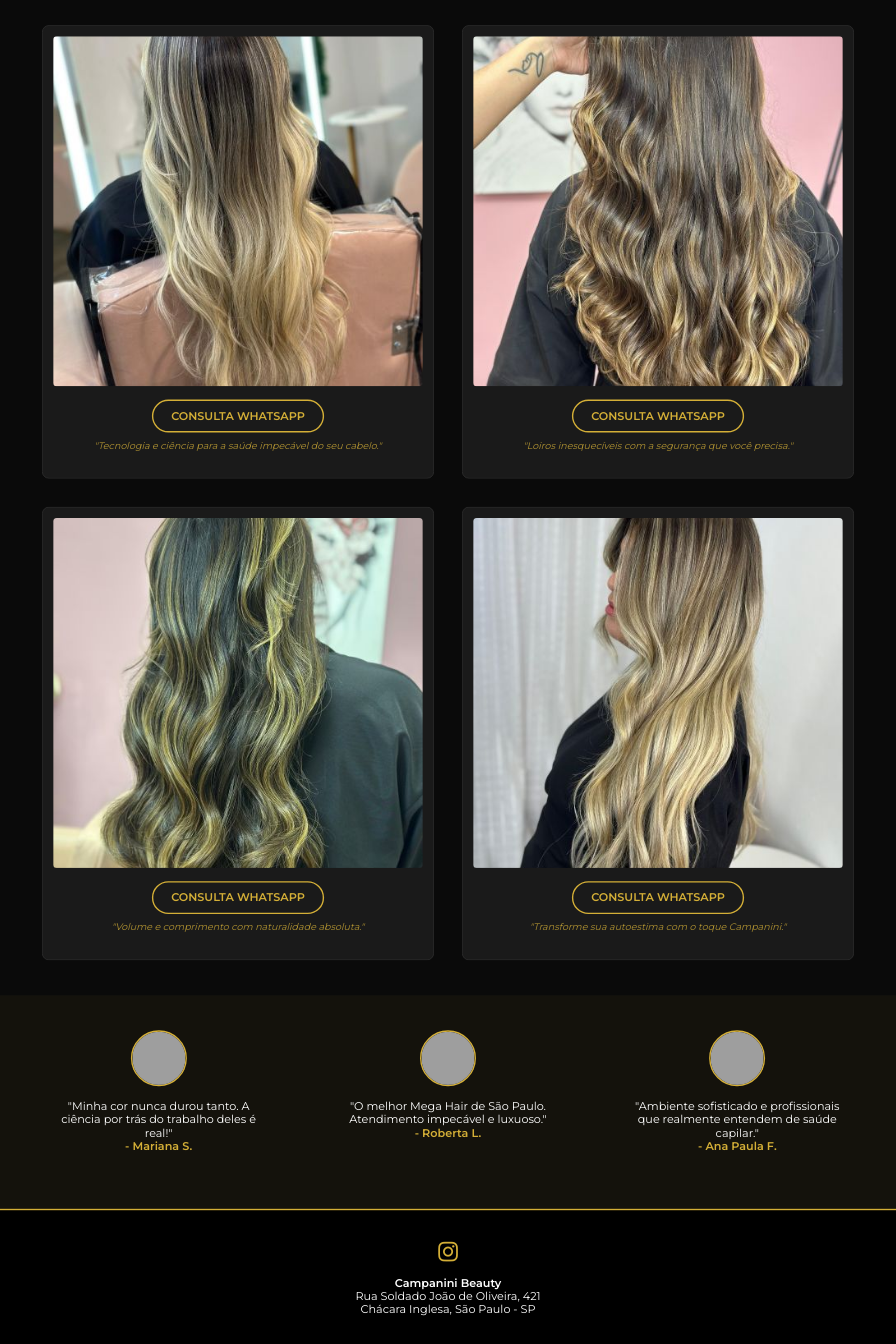
Repository: Sandro1969-tech/campanini-beauty
Page: index.html
The author's editor kept a copy of each file at every save. The page is drawn from the files as they stood at one save, then again after the next save.
The browser window is 1280 px wide. The pictures show the part of the page from y = 1377 to 3297 px (the page is 3297 px tall), at 70% of full size.
Pictures or frames that could not be fetched are drawn as grey boxes.

Above is the page before, as saved 2026-02-17 20:34:48.

### index.html
<!DOCTYPE html>
<html lang="pt-br">
<head>
    <meta charset="UTF-8">
    <meta name="viewport" content="width=device-width, initial-scale=1.0">
    <title>Campanini Beauty | Sofisticação e Ciência</title>
    <link rel="shortcut icon" href="assets/image/favicon.png" type="image/x-icon">
    <link href="https://fonts.googleapis.com/css2?family=Cinzel:wght@400;700&family=Montserrat:wght@300;400;600&display=swap" rel="stylesheet">
    <link rel="stylesheet" href="https://cdnjs.cloudflare.com/ajax/libs/font-awesome/6.0.0/css/all.min.css">

    <style>
        :root {
            --gold: #D4AF37;
            --gold-light: #F9E498;
            --black: #0a0a0a;
            --dark-gray: #1a1a1a;
            --white: #ffffff;
            --transition: all 0.3s ease;
        }

        /* Modo Escuro/Claro */
        body.light-mode {
            --black: #f4f4f4;
            --dark-gray: #ffffff;
            --white: #1a1a1a;
        }

        * { margin: 0; padding: 0; box-sizing: border-box; }

        body {
            background-color: var(--black);
            color: var(--white);
            font-family: 'Montserrat', sans-serif;
            transition: var(--transition);
            overflow-x: hidden;
        }

        /* Botão Dark Mode */
        .theme-toggle {
            position: fixed;
            top: 20px;
            right: 20px;
            z-index: 1000;
            background: var(--gold);
            border: none;
            padding: 10px;
            border-radius: 50%;
            cursor: pointer;
            color: var(--black);
            font-size: 1.2rem;
        }

        /* Título Pulsante */
        @keyframes pulse {
            0% { transform: scale(1); text-shadow: 0 0 0px var(--gold); }
            50% { transform: scale(1.05); text-shadow: 0 0 20px var(--gold); }
            100% { transform: scale(1); text-shadow: 0 0 0px var(--gold); }
        }

        .pulsing-title {
            font-family: 'Cinzel', serif;
            color: var(--gold);
            animation: pulse 3s infinite ease-in-out;
            text-align: center;
            font-size: 2.5rem;
            margin-bottom: 10px;
        }

        header {
            padding: 40px 20px;
            text-align: center;
            background: linear-gradient(rgba(0,0,0,0.7), rgba(0,0,0,0.7)), url('sua-foto-topo.jpg'); /* Adicione sua imagem aqui */
            background-size: cover;
            background-position: center;
            min-height: 80vh;
            display: flex;
            flex-direction: column;
            justify-content: center;
            align-items: center;
        }

        .logo { width: 200px; margin-bottom: 20px; }

        .subtitle {
            font-style: italic;
            letter-spacing: 2px;
            margin-bottom: 30px;
        }

        /* Grid de Imagens */
        .gallery-container {
            max-width: 1200px;
            margin: 50px auto;
            padding: 0 20px;
        }

        .services-grid {
            display: grid;
            grid-template-columns: repeat(2, 1fr);
            gap: 40px;
        }

        .service-card {
            text-align: center;
            background: var(--dark-gray);
            padding: 15px;
            border: 1px solid #333;
            border-radius: 10px;
            transition: var(--transition);
        }

        .service-card:hover { border-color: var(--gold); }

        .service-card img {
            width: 100%;
            height: 500px; /* Mantém a proporção comprida */
            object-fit: cover; /* Garante que a foto preencha sem distorcer */
            border-radius: 5px;
            margin-bottom: 15px;
        }

        /* Botão WhatsApp com Movimento */
        .btn-whatsapp {
            background-color: transparent;
            color: var(--gold);
            border: 2px solid var(--gold);
            padding: 12px 25px;
            border-radius: 50px;
            cursor: pointer;
            font-weight: 600;
            text-transform: uppercase;
            transition: all 0.4s cubic-bezier(0.175, 0.885, 0.32, 1.275);
            display: inline-block;
            text-decoration: none;
            margin-bottom: 10px;
        }

        .btn-whatsapp:hover {
            background-color: var(--gold);
            color: var(--black);
            transform: translateY(-5px) scale(1.1);
        }

        .compliment-trigger {
            font-size: 0.85rem;
            color: var(--gold);
            opacity: 0.8;
            font-style: italic;
            min-height: 40px;
        }

        /* Seção de Experiência */
        .experience-bar {
            background: var(--gold);
            color: var(--black);
            padding: 20px;
            text-align: center;
            font-weight: bold;
            margin: 40px 0;
        }

        /* Depoimentos */
        .testimonials {
            display: flex;
            justify-content: space-around;
            flex-wrap: wrap;
            padding: 50px 20px;
            background: rgba(212, 175, 55, 0.05);
        }

        .testimonial-card {
            width: 300px;
            text-align: center;
            margin-bottom: 30px;
        }

        .testimonial-card img {
            width: 80px;
            height: 80px;
            border-radius: 50%;
            border: 2px solid var(--gold);
            margin-bottom: 15px;
        }

        /* WhatsApp Flutuante */
        .whatsapp-float {
            position: fixed;
            bottom: 30px;
            left: 30px;
            background: #25d366;
            color: white;
            width: 60px;
            height: 60px;
            border-radius: 50%;
            display: flex;
            align-items: center;
            justify-content: center;
            font-size: 30px;
            z-index: 999;
            box-shadow: 2px 2px 10px rgba(0,0,0,0.5);
            transition: transform 0.8s ease;
        }

        .whatsapp-float.rotate { transform: rotate(360deg); }

        footer {
            background: #000;
            padding: 40px 20px;
            text-align: center;
            border-top: 2px solid var(--gold);
        }

        .social-link {
            font-size: 2rem;
            color: var(--gold);
            margin-bottom: 15px;
            display: block;
        }

        @media (max-width: 768px) {
            .services-grid { grid-template-columns: 1fr; }
            .pulsing-title { font-size: 1.8rem; }
        }
    </style>
</head>
<body>

    <button class="theme-toggle" onclick="toggleTheme()">
        <i id="theme-icon" class="fas fa-moon"></i>
    </button>

    <header>
        <img src="assets/image/Logo escrito 'Campan.png" alt="Campanini Beauty Logo" class="logo">
        <h1 class="pulsing-title">Campanini Beauty</h1>
        <p class="subtitle">Cabelos que unem sofisticação, beleza e ciência</p>
    </header>

    <div class="experience-bar">
        MECHAS • MEGA HAIR • ESCOVAS • TRATAMENTOS • COLORACÃO • TONALIZACÃO • CORTE • ALISAMENTOS • BOTOX CAPILAR
    </div>

    <main class="gallery-container">
        <div class="services-grid">
            <div class="service-card">
                <img src="assets/image/imagem1.jpg" alt="Serviço Campanini">
                <a href="https://wa.me/SEUNUMERO" class="btn-whatsapp">Consulta WhatsApp</a>
                <p class="compliment-trigger">"O brilho que seu rosto merece, refletido em cada fio."</p>
            </div>
            <div class="service-card">
                <img src="assets/image/imagem2.jpg" alt="Serviço Campanini">
                <a href="https://wa.me/SEUNUMERO" class="btn-whatsapp">Consulta WhatsApp</a>
                <p class="compliment-trigger">"A elegância de um corte que transborda confiança."</p>
            </div>
            <div class="service-card">
                <img src="assets/image/imagem3.jpg" alt="Serviço Campanini">
                <a href="https://wa.me/SEUNUMERO" class="btn-whatsapp">Consulta WhatsApp</a>
                <p class="compliment-trigger">"Tecnologia e ciência para a saúde impecável do seu cabelo."</p>
            </div>
            <div class="service-card">
                <img src="assets/image/imagem4.jpg" alt="Serviço Campanini">
                <a href="https://wa.me/SEUNUMERO" class="btn-whatsapp">Consulta WhatsApp</a>
                <p class="compliment-trigger">"Loiros inesquecíveis com a segurança que você precisa."</p>
            </div>
            <div class="service-card">
                <img src="assets/image/imagem5.jpg" alt="Serviço Campanini">
                <a href="https://wa.me/SEUNUMERO" class="btn-whatsapp">Consulta WhatsApp</a>
                <p class="compliment-trigger">"Volume e comprimento com naturalidade absoluta."</p>
            </div>
            <div class="service-card">
                <img src="assets/image/imagem6.jpg" alt="Serviço Campanini">
                <a href="https://wa.me/SEUNUMERO" class="btn-whatsapp">Consulta WhatsApp</a>
                <p class="compliment-trigger">"Transforme sua autoestima com o toque Campanini."</p>
            </div>
        </div>
    </main>

    <section class="testimonials">
        <div class="testimonial-card">
            <img src="mulher1.jpg" alt="Cliente">
            <p>"Minha cor nunca durou tanto. A ciência por trás do trabalho deles é real!"</p>
            <strong style="color:var(--gold)">- Mariana S.</strong>
        </div>
        <div class="testimonial-card">
            <img src="mulher2.jpg" alt="Cliente">
            <p>"O melhor Mega Hair de São Paulo. Atendimento impecável e luxuoso."</p>
            <strong style="color:var(--gold)">- Roberta L.</strong>
        </div>
        <div class="testimonial-card">
            <img src="mulher3.jpg" alt="Cliente">
            <p>"Ambiente sofisticado e profissionais que realmente entendem de saúde capilar."</p>
            <strong style="color:var(--gold)">- Ana Paula F.</strong>
        </div>
    </section>

    <footer>
        <a href="https://instagram.com/campaninibeauty" class="social-link"><i class="fab fa-instagram"></i></a>
        <p><strong>Campanini Beauty</strong></p>
        <p>Rua Soldado João de Oliveira, 421<br>Chácara Inglesa, São Paulo - SP</p>
    </footer>

    <a href="https://wa.me/SEUNUMERO" class="whatsapp-float" id="wa-float" onclick="rotateIcon(event)">
        <i class="fab fa-whatsapp"></i>
    </a>

    <script>
        // Lógica de Troca de Tema
        function toggleTheme() {
            const body = document.body;
            const icon = document.getElementById('theme-icon');
            body.classList.toggle('light-mode');

            if (body.classList.contains('light-mode')) {
                icon.classList.remove('fa-moon');
                icon.classList.add('fa-sun');
            } else {
                icon.classList.remove('fa-sun');
                icon.classList.add('fa-moon');
            }
        }

        // Rotação do Ícone de WhatsApp
        function rotateIcon(e) {
            const el = document.getElementById('wa-float');
            el.classList.add('rotate');
            setTimeout(() => {
                el.classList.remove('rotate');
            }, 800);
        }

        // Efeito de Revelação ao Rolar
        window.addEventListener('scroll', () => {
            const cards = document.querySelectorAll('.service-card');
            cards.forEach(card => {
                const cardTop = card.getBoundingClientRect().top;
                if(cardTop < window.innerHeight - 100) {
                    card.style.opacity = '1';
                    card.style.transform = 'translateY(0)';
                }
            });
        });
    </script>
</body>
</html>

After the next save:
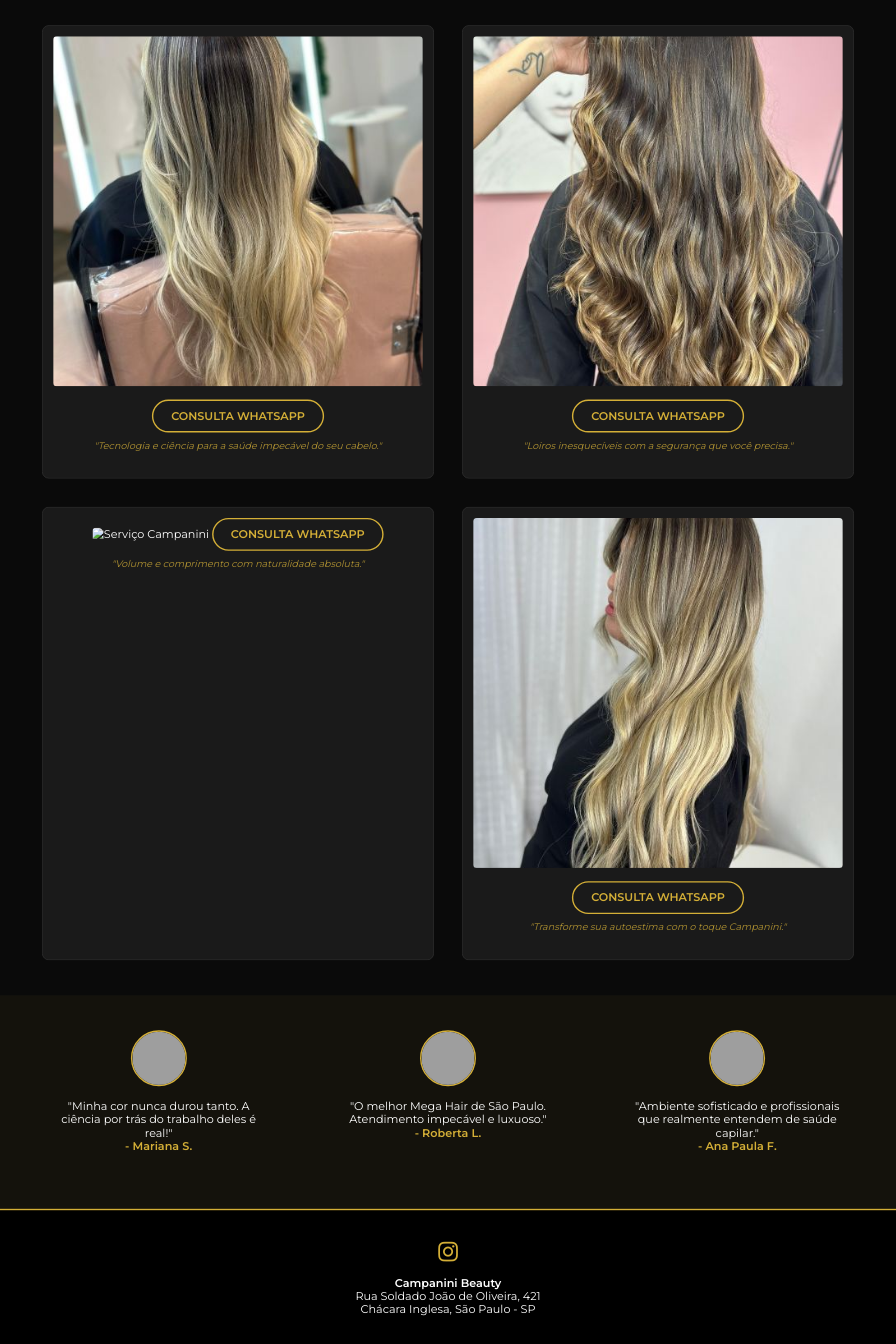
Saved 20 s later.
--- a/index.html
+++ b/index.html
@@ -262,7 +262,7 @@
                 <p class="compliment-trigger">"Loiros inesquecíveis com a segurança que você precisa."</p>
             </div>
             <div class="service-card">
-                <img src="assets/image/imagem5.jpg" alt="Serviço Campanini">
+                <img src="" alt="Serviço Campanini">
                 <a href="https://wa.me/SEUNUMERO" class="btn-whatsapp">Consulta WhatsApp</a>
                 <p class="compliment-trigger">"Volume e comprimento com naturalidade absoluta."</p>
             </div>

After the 2 saves that followed:
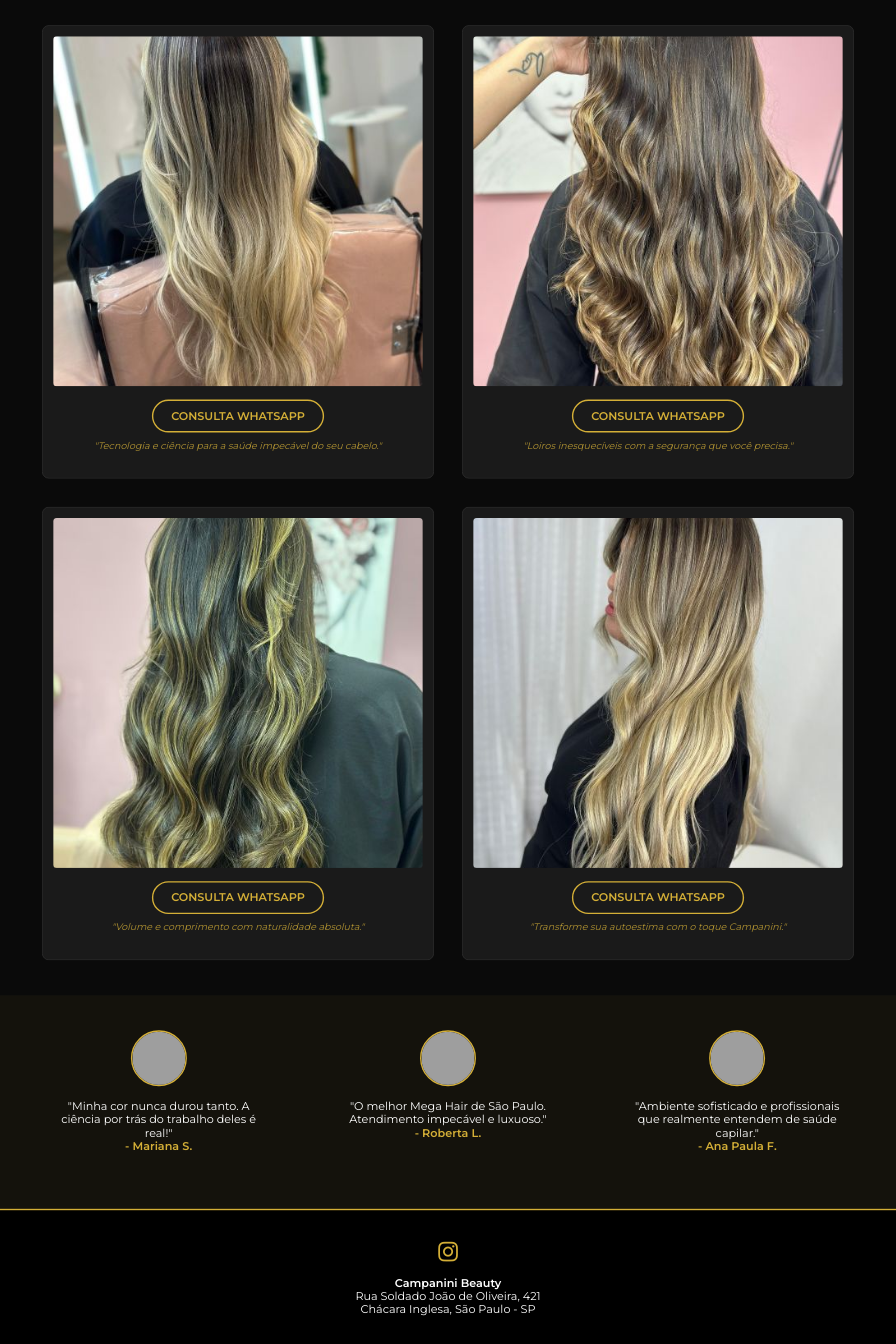
The 2 saves are shown as one change because they came seconds apart.
The last was saved 6 s later.
--- a/index.html
+++ b/index.html
@@ -262,7 +262,7 @@
                 <p class="compliment-trigger">"Loiros inesquecíveis com a segurança que você precisa."</p>
             </div>
             <div class="service-card">
-                <img src="" alt="Serviço Campanini">
+                <img src="assets/image/imagem5.jpg" alt="Serviço Campanini">
                 <a href="https://wa.me/SEUNUMERO" class="btn-whatsapp">Consulta WhatsApp</a>
                 <p class="compliment-trigger">"Volume e comprimento com naturalidade absoluta."</p>
             </div>
